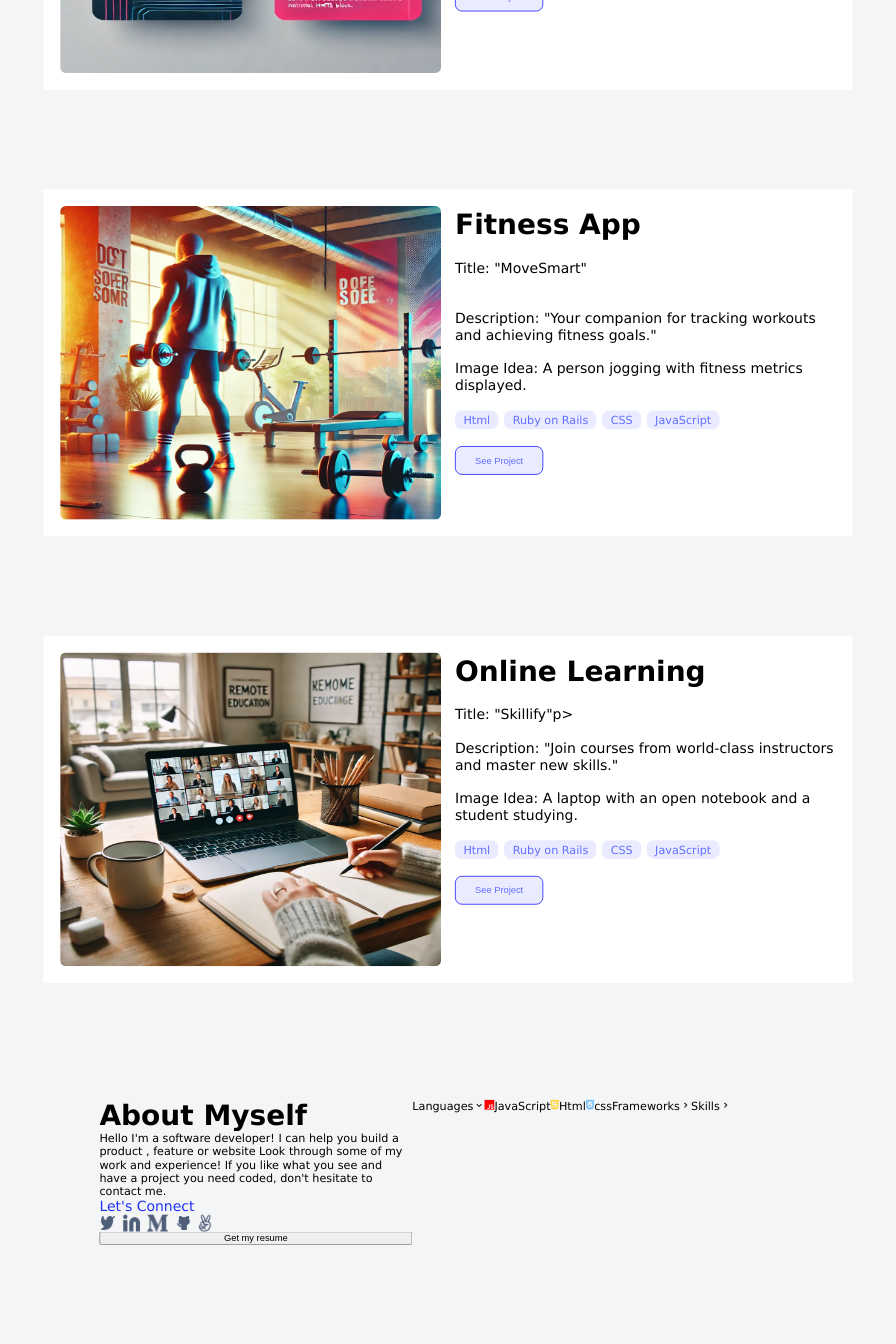
Repository: usman3123/portfolio-template-3
Page: portfolio.html
These files come from the project's save history. The page is drawn as it stood at one moment and after the next save; the edit follows.
The browser window is 1280 px wide. The pictures show the part of the page from y = 1876 to 3796 px (the page is 3796 px tall before and 3771 px after), at 70% of full size.
Some web libraries are served in a nearby version.

Above is the page before, as saved 2025-01-25 15:09:08.
Not found: index.js

### portfolio.html
<!DOCTYPE html>
<html lang="en">
<head>
  <meta charset="UTF-8">
  <meta name="viewport" content="width=device-width, initial-scale=1.0">
  <title>project 2</title>
  <link rel="stylesheet" href="style.css">
  <link href='https://unpkg.com/boxicons@2.1.4/css/boxicons.min.css' rel='stylesheet'>
  <link rel="stylesheet" href="https://cdnjs.cloudflare.com/ajax/libs/font-awesome/6.6.0/css/all.min.css" integrity="sha512-Kc323vGBEqzTmouAECnVceyQqyqdsSiqLQISBL29aUW4U/M7pSPA/gEUZQqv1cwx4OnYxTxve5UMg5GT6L4JJg==" crossorigin="anonymous" referrerpolicy="no-referrer" />
  <link rel="stylesheet" href="https://cdnjs.cloudflare.com/ajax/libs/font-awesome/6.6.0/css/all.min.css" integrity="sha512-Kc323vGBEqzTmouAECnVceyQqyqdsSiqLQISBL29aUW4U/M7pSPA/gEUZQqv1cwx4OnYxTxve5UMg5GT6L4JJg==" crossorigin="anonymous" referrerpolicy="no-referrer" />

  <link rel="stylesheet" href="https://cdnjs.cloudflare.com/ajax/libs/font-awesome/6.7.2/css/all.min.css">
  <link rel="preconnect" href="https://fonts.googleapis.com">
<link rel="preconnect" href="https://fonts.gstatic.com" crossorigin>
<link href="https://fonts.googleapis.com/css2?family=Poppins:ital,wght@0,100;0,200;0,300;0,400;0,500;0,600;0,700;0,800;0,900;1,100;1,200;1,300;1,400;1,500;1,600;1,700;1,800;1,900&display=swap" rel="stylesheet">
</head>

<body>
<section class="webpage">
  <!-- Navbar -->

 <div class="hero-page">
  <div class="header-div">
    <nav class="nav-bar flex">
        <h4 class="nav-heading">My Logo</h4>
        <div class="nav-links flex">
            <a href="#myportfolio" class="link">Portfolo</a>
            <a href="myabout" class="link">About</a>
            <a href="mycontact" class="link" >Contact</a>
        </div>
        <i class="fa-solid fa-light fa-bars fa-xl " id="nav-icon"></i>
    </nav>
</div>

  <!-- Main Content -->
  <section id="myportfolio" class="hero-section flex">
    <div class="hero-content flex">
        <h1 class="hero-head"> I'm USMAN!
          Glad to see you.
      </h1>
      <p class="hero-p">
         I'm a software developer! I can help you build a product , feature or website Look through  some of my work and experience! If you like what you see and have a project you need coded, don’t hesitate to contact me.
      </p>
     <p class="let-connect"> LET'S CONNECT</p>

      <div class="icons flex">
          <img src="/assets/twitter.png" class="media-icon">
          <img src="assets/Linkedin.png" class="media-icon">
          <img src="assets/M.png" class="media-icon">
          <img src="assets/Github.png" class="media-icon">
          <img src="assets/V.png" class="media-icon">
      </div>
    </div>
  </section>

 </div>
  <!-- Cards Section -->

  <section class="cards flex">
    <div class="card flex">
      <img class="card-img" src="/assets/card-1img.webp" alt="CARD_!_IMG">
      <div class="card-content flex">
        <h2 class="card-head">Technology Blog</h2>
        <p class="content-p">Title: "Innovating the Future"</p>
        <p class="content-sp">Description: "Explore groundbreaking advancements in AI and robotics shaping tomorrow."</p>
        <p class="content-p">Image Idea: A futuristic image showing AI robots collaborating with humans.</p>
        <div class="languages flex">
          <p class="lang">Html</p>
          <p class="lang">CSS</p>
          <p class="lang">JavaScript</p>
        </div>
        <button class="content-btn">See Project</button>
      </div>
    </div>
    <div class="card flex">
      <img class="card-img" src="/assets/card-2img.webp" alt="CARD_!_IMG">
      <div class="card-content flex">
        <h2 id="photo-head">Photography Portfolio</h2>
        <p class="content-p">Title: "Lens Stories"<p>
        <p class="content-sp">Description: "A collection of awe-inspiring moments captured around the globe."</p>
        <p class="content-p">Image Idea: A scenic view of mountains or a person with a camera.
        </p>
        <div class="languages flex">
          <p class="lang">Html</p>
          <p class="lang">Ruby on Rails</p>
          <p class="lang">CSS</p>
          <p class="lang">JavaScript</p>
        </div>
        <button class="content-btn">See Project</button>
      </div>
    </div>
    <div class="card flex">
      <img class="card-img" src="/assets/card-3img.webp" alt="CARD_!_IMG">
      <div class="card-content flex">
        <h2 class="card-head">Fitness App</h2>
        <p class="content-p">Title: "MoveSmart"<p>
        <p class="content-sp">Description: "Your companion for tracking workouts and achieving fitness goals."</p>
        <p class="content-p">Image Idea: A person jogging with fitness metrics displayed.</p>
        <div class="languages flex">
          <p class="lang">Html</p>
          <p class="lang">Ruby on Rails</p>
          <p class="lang">CSS</p>
          <p class="lang">JavaScript</p>
        </div>
        <button class="content-btn">See Project</button>
      </div>
    </div>
    <div class="card flex">
      <img class="card-img" src="/assets/card-4img.webp" alt="CARD_!_IMG">
      <div class="card-content flex">
        <h2 class="card-head">Online Learning</h2>
        <p class="content-p">Title: "Skillify"p>
        <p class="content-sp">Description: "Join courses from world-class instructors and master new skills."</p>
        <p class="content-p">Image Idea: A laptop with an open notebook and a student studying.</p>
        <div class="languages flex">
          <p class="lang">Html</p>
          <p class="lang">Ruby on Rails</p>
          <p class="lang">CSS</p>
          <p class="lang">JavaScript</p>
        </div>
        <button class="content-btn">See Project</button>
      </div>
    </div>
  </section>


   <!-- ABOUT MYSELF -->

  <section id="myabout" class="about flex">

    <div class="about-intro flex">
      <h1 style="font-size: 40px;">About Myself</h1>
      <p class="about-paragraph">Hello I'm a software developer! I can help you build a product , feature or website Look through some of my work and experience! If you like what you see and have a project you need coded, don't hesitate to contact me.</p>
        <p class="let-connect">Let's Connect</p>
        <div class="icons flex icon-gap">
          <img src="assets/twitter.png" class="twitter">
          <img src="assets/Linkedin.png" class="inimage">
          <img src="assets/M.png" class="mimage">
          <img src="assets/Github.png" class="tomimage">
          <img src="assets/V.png" class="protocol">
      </div>
      <button class="button rsm-btn"> Get my resume</button>
    </div>

    <div class="about-skills flex">
      <div class="about-all flex">
        <p>Languages</p>
        <i class='bx bx-chevron-down'></i>
      </div>
      <div class="about-lang flex">
        <div class="about-lang-img flex">
          <i class="fa-brands fa-js" style="color: #ff0000;"></i>
          <p>JavaScript</p>
        </div>
        <div class="about-lang-img flex">
          <i class="fa-brands fa-html5" style="color: #FFD43B;"></i>
          <p>Html</p>

        </div>
        <div class="about-lang-img flex">
          <i class="fa-brands fa-css3-alt" style="color: #74C0FC;"></i>
          <p>css</p>
        </div>
      </div>
      <div class="about-all flex">
        <p> Frameworks</p>
        <i class='bx bx-chevron-right'></i>
      </div>
      <div class="about-all flex">
        <p>Skills</p>
        <i class='bx bx-chevron-right'></i>
        </div>
        </div>
        <!-- <div class="contact-section flex">
            <h4 class="contact-paragraph">I'm always interested in hearing about new projects, so if you'd like to chat please get in touch.</h4>
            <form action="submit-form" class="contact-form flex">
                <div class="names flex">
                    <input type="text" placeholder="Full name" class="first-name">
                    <input type="text" placeholder="last name" class="last-name">
      </div>
        <div class="contact-section flex">
            <h4 class="contact-paragraph">I'm always interested in hearing about new projects, so if you'd like to chat please get in touch.</h4>
            <form action="submit-form" class="contact-form flex">
                <div class="names flex">
                    <input type="text" placeholder="Full name" class="first-name">
                    <input type="text" placeholder="last name" class="last-name">
    </div> -->
  </section>

  <!-- Contact section -->

  <!-- <section id="mycontact" class="contact-section">
    <h1 class="contact-heading">Contact Me</h1>
    <p class="contact-description">
        If you have an application you are interested in developing, a feature that you need built, or a project that needs coding, I'd love to help with it!
    </p>
    <form class="contact-form">
        <input class="form-input" type="text" placeholder="Your Name">
        <input class="form-input" type="email" placeholder="Your Email">
        <textarea class="form-message" placeholder="Write your message here..."></textarea>
        <button class="form-button">Get in Touch</button>
    </form>

</section>

</main> -->
</section>

<script src="index.js"></script>
</body>
</html>

### style.css
*{
    margin: 0;
    padding: 0;
    box-sizing: border-box;
}

body {
    font-family: Verdana, Geneva, Tahoma, sans-serif;
    background-color: #f4f5f7;
    justify-content: center;
    display: flex
;
}

.flex {
    display: flex;
}

/* nav-bar */

.header-div {
    background-color: #3c3a39;
    width: 100%;
}

.nav-bar {
    justify-content: space-between;
    color: white;
    max-width: 1204px;
    align-items: center;
    padding: 10px 24px;
}

.nav-heading {
    font-size: 30px;
}

.nav-links {
    gap: 40px;
    align-items: center;
    font-size: 25px;
    display: none;
}
.nav-icon {
    display: flex;
    width: 24px;
}


/* hero-section */

.hero-page {
    background-color: white;
    border-bottom-left-radius: 190px;
    background-image: url(/assets/Header\ bg@2x.png);
    background-size: contain;
    max-height: 846px;
    background-position: center;
    background-repeat: no-repeat;
    max-width: 1440px;
}
.hero-section {
    height: 846px;
    align-items: center;
    justify-content: center;
    padding-left: 20%;
}
.hero-content {
    flex-direction: column;
    gap: 20px;
}
.hero-head {
    font-size: 48px;
    font-weight: 700;
    width: 35%;
}

.hero-p {
    font-size: 25px;
    line-height: 28px;
    color: #344563;

    width: 73%;
}

.let-connect {
    color: #1d32f7;
    font-size: 20px;
    font-weight: 500;
    line-height: 24px;
}

.media-icon {
    height: 35px;
}

.icons {
    gap: 10px;
}

.nav-head {
    max-width: 1440px;
    width: 100%;
}
.enable {
    color: blue;
}
.link {
    color: white;
    text-decoration: none;
}

/* card-section */

.cards {
    flex-direction: column;
    align-items: center;
    gap:142px;
    padding: 24px;
}
.card {
    background-color: white;
    max-width: 1156px;
    max-height: 496px;
    width: 100%;
    padding: 24px;
    gap: 20px;
}
.card-img {
    max-width: 544px;
    width: 50%;
    border-radius:8px ;
}

.card-content {
    flex-direction: column;
    gap: 24px;
}

.card-head {
    font-size: 40px;
    font-weight: 700;
    line-height: 52px;
}
#photo-content {
    font-size: 40px;
    font-weight: 700;
    line-height: 52px;
}
.content-p {
    font-size: 20px;
    font-weight: 400;
    line-height: 24px;
}
.content-sp {
    font-size: 20px;
    font-weight: 400;
    line-height: 24px;
}

.languages {
    gap: 8px;
    align-items: center;
}

.lang {
    padding: 4px 12px;
    color: #6070ff;
    background-color: #ebebff;
    border-radius: 10px;
}

.content-btn {
    max-width: 126px;
    width: 100%;
    padding: 4px 12px;
    color: #6070ff;
    background-color: #ebebff;
    border-radius: 10px;
    padding: 12px;
    border: 1px solid blue;
}

/* about-section */

.about {
    padding: 142px;
}

.about-intro {
    flex-direction: column;
    max-width: 447px;
    max-height: 311px;
}









@media (max-width : 1100px) {
    .hero-head {
        width: 53%;
    }
    .card-head {
        font-size: 2rem;
    }
    #photo-head {
        font-size: 27px;
    }
    .content-p {
        font-size: 15px;
    }
    .content-sp {
        font-size: 15px;
        display: none;
    }
    .card-content {
        gap: 20px;
    }

}
@media (max-width :870px) {
    .card {
        flex-direction: column;
        max-height: 552px;
        padding: 16px;
    }
    .card {
        max-width: 327px;
    }

}
@media (max-width : 870px) {
    .hero-head {
        width: 100%;
    }
    .hero-section {
        padding: 24px;
    }
    .hero-p {
        width: 100%;
    }
    .card-img {
        width: 100%;
        height: 18vh;
    }
    .card-content {
        gap: 2px;
    }
}
@media (min-width : 700px) {
    .nav-links {
        display: flex;
    }
    #nav-icon {
        display: none;
    }

}
@media (min-width : 1441px) {
    .card-content {
        gap: 30px;
    }
}

After the next save:
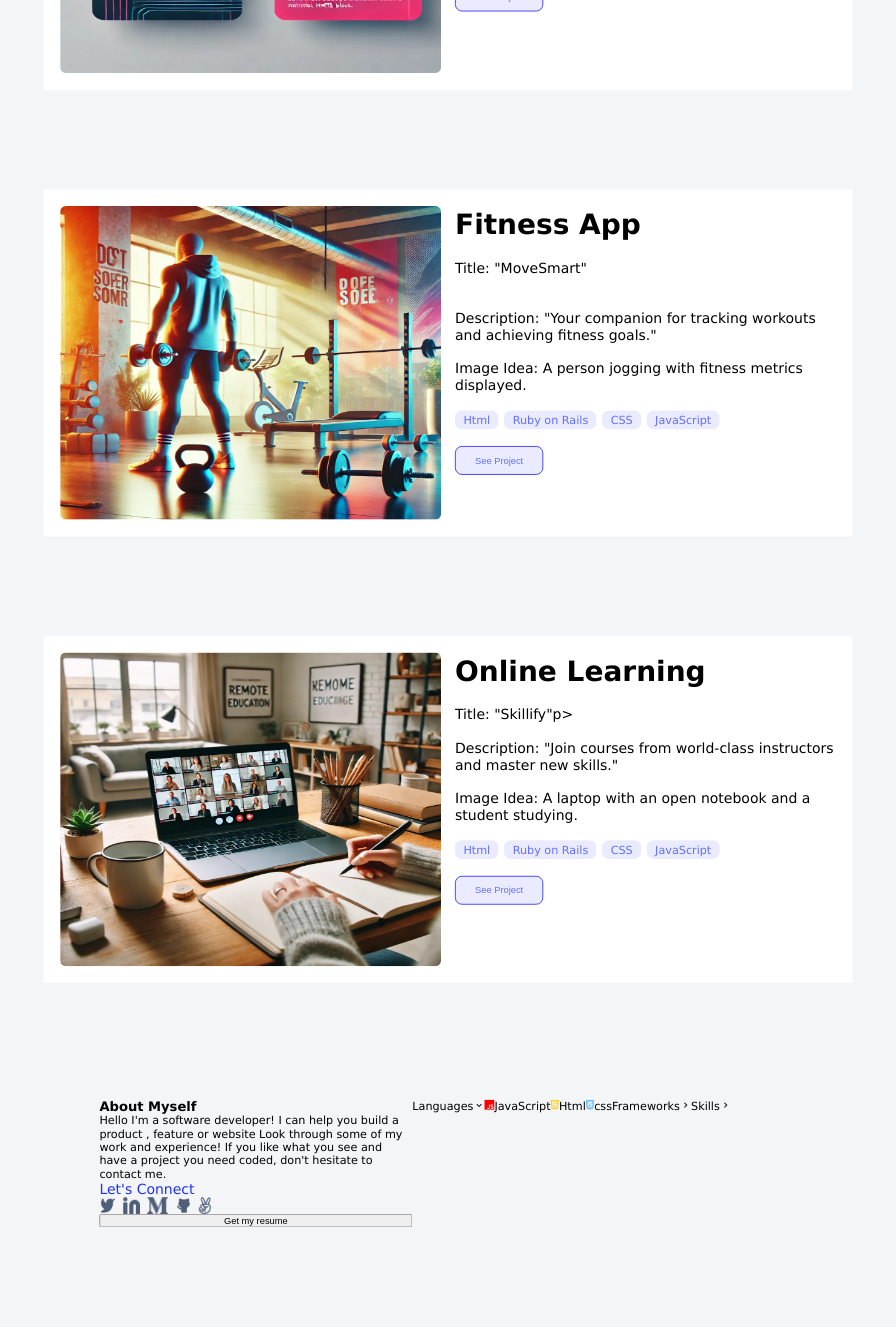
Saved 3 min 8 s later.
--- a/portfolio.html
+++ b/portfolio.html
@@ -129,7 +129,7 @@
   <section id="myabout" class="about flex">
 
     <div class="about-intro flex">
-      <h1 style="font-size: 40px;">About Myself</h1>
+      <h1 class="about-head">About Myself</h1>
       <p class="about-paragraph">Hello I'm a software developer! I can help you build a product , feature or website Look through some of my work and experience! If you like what you see and have a project you need coded, don't hesitate to contact me.</p>
         <p class="let-connect">Let's Connect</p>
         <div class="icons flex icon-gap">

After the save that followed:
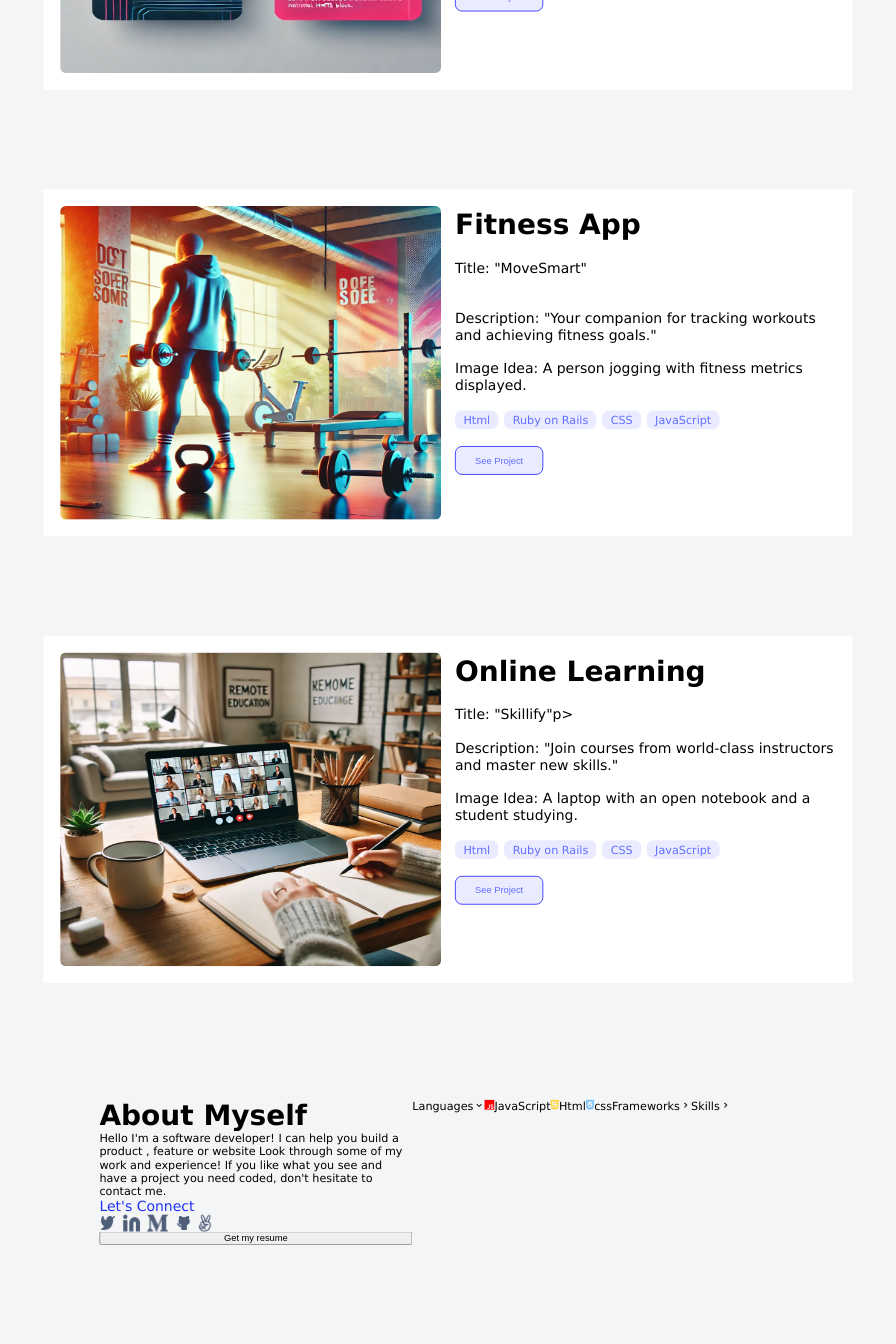
Saved 35 s later.
--- a/style.css
+++ b/style.css
@@ -193,6 +193,10 @@ body {
     max-height: 311px;
 }
 
+.about-head {
+    font-size: 40px;
+    font-weight: 700;
+}
 
 
 
